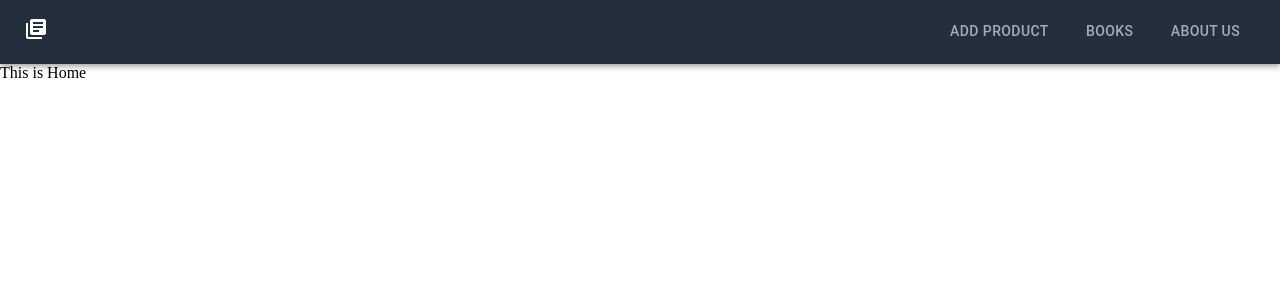
Repository: CydexCode/Book_Store_App-MERN-Stack
Page: / (app in book-store/)
The author's editor kept a copy of each file at every save. The page is drawn from the files as they stood at one save, then again after the next save.
The browser window is 1280 px wide. The pictures show the whole page.
The project was rebuilt for these pictures with package versions that can differ from the ones it lists, and the page was loaded fresh each time. Also part of the build but not shown: book-store/src/components/AddBook.js, book-store/src/components/Book/Book.css, book-store/src/components/Book/Book.js, book-store/src/components/Book/Books.js, book-store/src/components/About.js, book-store/src/components/Book/BookDetail.js.

Above is the page before, as saved 2022-09-09 02:59:34.

### book-store/src/index.js
import React from 'react';
import ReactDOM from 'react-dom/client';
import './index.css';
import App from './App';
import { BrowserRouter } from 'react-router-dom';


const root = ReactDOM.createRoot(document.getElementById('root'));
root.render(
  <BrowserRouter>
  <React.StrictMode>
    <App />
  </React.StrictMode>
  </BrowserRouter>
);

// If you want to start measuring performance in your app, pass a function
// to log results (for example: reportWebVitals(console.log))
// or send to an analytics endpoint. Learn more: https://bit.ly/CRA-vitals

### book-store/src/index.css
/*body {
  margin: 0;
  font-family: -apple-system, BlinkMacSystemFont, 'Segoe UI', 'Roboto', 'Oxygen',
    'Ubuntu', 'Cantarell', 'Fira Sans', 'Droid Sans', 'Helvetica Neue',
    sans-serif;
  -webkit-font-smoothing: antialiased;
  -moz-osx-font-smoothing: grayscale;
}

code {
  font-family: source-code-pro, Menlo, Monaco, Consolas, 'Courier New',
    monospace;
} */

*{
  padding: 0;
  margin: 0;
}

### book-store/src/App.js
import React  from "react";
import Header from "./components/Header";
import { Route ,Routes } from 'react-router-dom';
import Home from "./components/Home";
import AddBook from "./components/AddBook";
import Books from "./components/Book/Books";
import About from "./components/About";
import BookDetail from "./components/Book/BookDetail";

function App() {
  return (

   <React.Fragment>
    <header>
    <Header />
    </header>
    <main>
      <Routes>
        <Route path="/" element={<Home />} exact />
        <Route path="/add" element={<AddBook />} exact />
        <Route path="/books" element={<Books />} exact />
        <Route path="/about" element={<About />} exact />
        <Route path="/books/:id" element={<BookDetail />} exact />
      </Routes>
    </main>
    </React.Fragment>
  );
}

export default App;

### book-store/src/components/Header.js
import React, { useState } from 'react';
import { AppBar, Tab, Tabs, Toolbar, Typography } from "@mui/material";
import LibraryBooksIcon from '@mui/icons-material/LibraryBooks';
import { NavLink} from 'react-router-dom';
const Header = () => {
    const [value, setValue] = useState();
  return (
    <div>
      <AppBar sx={{ backgroundColor:"#232F3D"}} position='sticky'>
<Toolbar>
    <NavLink to="/" style={{ color: "white"}}>
<Typography>
            <LibraryBooksIcon />
            </Typography></NavLink>

            <Tabs sx={{ml:"auto"}} textColor="inherit" indicatorColor="secondary" value={value} onChange={(e,val) =>setValue(val)}>
                <Tab LinkComponent={NavLink} to="/add" label="Add product" />
                <Tab  LinkComponent={NavLink} to="/books" label="Books" />
                <Tab  LinkComponent={NavLink} to="/about" label="About Us" />
            </Tabs>

</Toolbar>
      </AppBar>
    </div>
  );
};

export default Header;

### book-store/src/components/Home.js
import React from 'react';

const Home = () => {
  return (
    <div>
      This is Home
    </div>
  )
}

export default Home;

Loaded but not shown: book-store/public/index.html (common file)

After the next save:
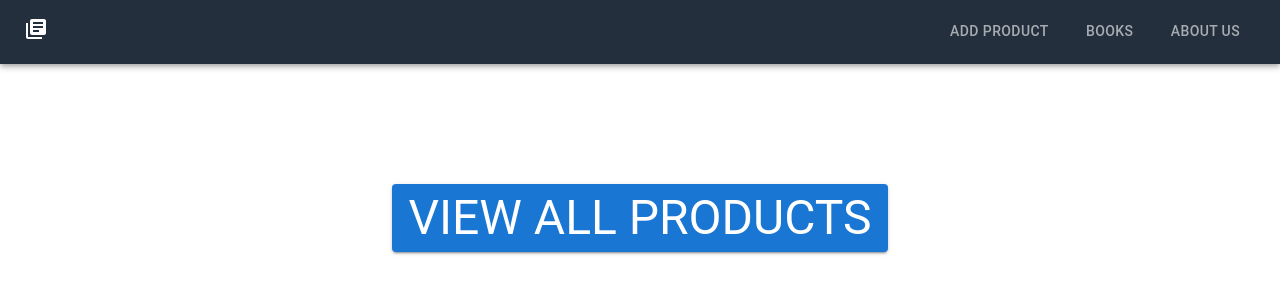
Saved 4 min 2 s later.
--- a/book-store/src/components/Home.js
+++ b/book-store/src/components/Home.js
@@ -1,9 +1,15 @@
+import { Box, Button, Typography } from '@mui/material';
 import React from 'react';
 
 const Home = () => {
   return (
     <div>
-      This is Home
+      <Box display="flex" flexDirection="column" alignItems="center" >
+        <Button sx={{marginTop: 15 }} variant="contained">
+            <Typography variant='h3'>View All Products</Typography>
+        </Button>
+
+      </Box>
     </div>
   )
 }
